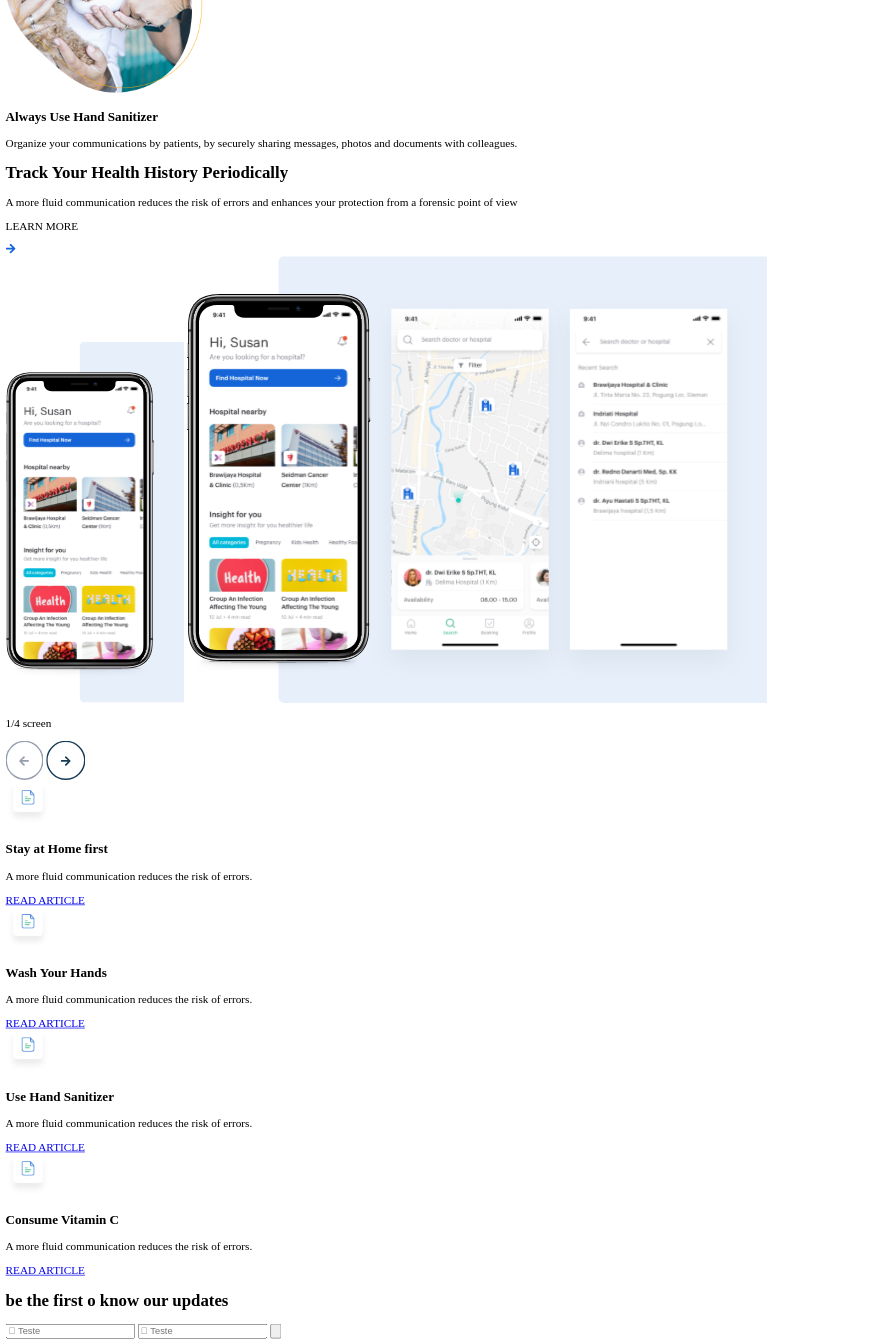
Repository: Esttevo/prova-html-css
Page: index.html
An editor plug-in stored every save of this project. The page is shown before and after a run of saves, followed by the edit.
The browser window is 1280 px wide. The pictures show the part of the page from y = 3453 to 5373 px (the page is 5373 px tall), at 70% of full size.
A picture or video elsewhere on the page could not be fetched, so the positions and the page height are approximate.

Above is the page before, as saved 2026-08-31 18:43:56.

### index.html
<!DOCTYPE html>
<html lang="en">
<head>
    <meta charset="UTF-8">
    <meta name="viewport" content="width=device-width, initial-scale=1.0">
    <title>Document</title>
    <link rel="stylesheet" href="https://cdnjs.cloudflare.com/ajax/libs/font-awesome/7.3.1/css/all.min.css" integrity="sha512-QeR2VH+lsBE5LSAe1Q5EnTBbe7XTBubt8dG93Y7gidSgdMCr8nVqKcfKAMyN96SV8KDbZVTDXChatu5G2KQGzg==" crossorigin="anonymous" referrerpolicy="no-referrer">
</head>
<body>
    <header>
        <img id="header-logo" src="img/icons/Logo.svg" alt="Logo escrita EHYA">

        <nav id="header-nav">
            <a class="no-chevron" href="#">Home</a>
            <a class="with-chevron" href="#">
                Landings
                <img src="img/icons/icon-chevron-down.svg" alt="indica que possui uma lista ao clicar">
            </a>
            <a class="with-chevron" href="#">
                Pages
                <img src="img/icons/icon-chevron-down.svg" alt="indica que possui uma lista ao clicar">
            </a>
            <a href="#">Docs</a>
            <a href="#">Help</a>
            <button>Get it now</button>
        </nav>

        <img src="img/icons/icon-menu-hamburger.svg" alt="Menu hamburger">
    </header>

    <main>
        <section id="section-hero">
            <div id="hero-text">
                <div class="estilization-bar"></div>

                <h4>
                    Changing the way you
                    go to healthcare
                </h4>

                <h1>
                    Primary Care
                    Designed for
                    Real Life
                </h1>

                <p>
                 Discuss patients,
                 share notes and documents
                 in a secure manner and be part
                 of a network of health professionals ready to
                 collaborate better.
                </p>

                <div id="subscribe">
                    <p id="email">
                        name@youremail.com
                    </p>

                    <button>
                        Subscribe
                    </button>
                </div>
            </div>
            <img src="img/image-hero.png" alt="4 medicos sorrindo e uma medica sobrepondo os 4">
        </section>

        <section id="section-connect">
            <div id="connect-tittle-subtittle">
                <h2>
                    Connect easily. Collaborate efficiently.
                </h2>

                 <p>
                    Rather than do things the
                    ypical way, we’ve created
                    a membership-based primary
                    care practice truly designed
                    around your needs.
                </p>
            </div>

           <img src="img/Dashboard.svg" alt="dashboard de exemplo de um sistema de agendamento">

           <div id="first-card-advantages">
                <h2>01</h2>
                <h3>For Doctor</h3>
                <p>
                    You get an in-house
                    team to guide and advocate
                    for you through questions
                </p>
           </div>

           <div id="second-card-advantages">
                <h2>02</h2>
                <h3>For Patient</h3>
                <p>
                    You get an in-house
                    team to guide and advocate
                    for you through questions
                </p>
           </div>

           <div id="third-card-advantages">
                <h2>03</h2>
                <h3>For Clinician</h3>
                <p>
                    You get an in-house
                    team to guide and advocate
                    for you through questions
                </p>
           </div>
        </section>

        <section id="section-protect">
            <h2>
                Protect yourself and your family first.
            </h2>

            <div id="protect-content-tips">
                <div class="content-tips-card">
                    <img src="img/icons/icon-house.svg" alt="Casa">

                    <h3>
                        Stay at Home first
                    </h3>

                    <p>
                        Our technology makes
                        it practically impossible
                        for any patient data breach to occur
                    </p>
                </div>

                <div class="content-tips-card">
                    <img src="img/icons/icon-hand.svg" alt="Lavando a mao">

                    <h3>
                        Wash Your Hands Periodically
                    </h3>

                    <p>
                        You can talk freely and confidently
                        about patients with other health professionals
                         treating them
                    </p>
                </div>

                <div class="content-tips-card">
                    <img src="img/icons/icon-remedy.svg" alt="pilula de remedio">

                    <h3>
                        Consume more Vitamin C
                    </h3>

                    <p>
                        A more fluid communication reduces
                        the risk of errors and enhances your
                        protection from a forensic point of view
                    </p>
                </div>

                <div class="content-tips-card">
                    <img src="img/icons/icon-medicament.svg" alt="Caixa de remedio">

                    <h3>
                        Always Use Hand Sanitizer
                    </h3>

                    <p>
                        Organize your communications
                        by patients, by securely sharing
                        messages, photos and documents
                        with colleagues.
                    </p>
                </div>
            </div>
        </section>

        <section id="section-modern">
            <h2>
                Modern clinics.
                Smart, hassle
                -free care.
            </h2>

            <div id="first-and-second-content">
                <div class="modern-content-img-text">
                    <img src="img/image-medic.svg" alt="equipamentos de medico">
                    <h3>
                        Consume more Vitamin C
                    </h3>

                    <p>
                        A more fluid communication reduces
                        the risk of errors and enhances your
                        protection from a forensic point of view
                    </p>
                </div>

                <div class="modern-content-img-text">
                    <img src="img/image-kid.png" alt="Criança caminhando de mão dada">
                    <h3>
                        Wash Your Hands Periodically
                    </h3>

                    <p>
                        You can talk freely and confidently
                        about patients with other health professionals
                         treating them
                    </p>
                </div>
            </div>

            <div id="third-and-fourth-content">
                <div class="modern-content-img-text">
                    <img src="img/image-dog.png" alt="cachorro tomando agua no colo">
                    <h3>
                        Always Use Hand Sanitizer
                    </h3>

                    <p>
                        Organize your communications
                        by patients, by securely sharing
                        messages, photos and documents
                        with colleagues.
                    </p>
                </div>
            </div>
        </section>

        <section id="section-health">
            <div class="health-content-text">
                <div class="estilization-bar"></div>

                <h2>
                     Track Your Health
                     History Periodically
                </h2>

                <p>
                 A more fluid communication reduces
                 the risk of errors and enhances your
                 protection from a forensic
                 point of view
                </p>

                <div id="learn-more">
                     <p>LEARN MORE</p>
                     <img src="img/icons/icon-arrow-right.svg" alt="seta para a direita, clique para ler mais">
                </div>
            </div>

           <img id="image-mobile" src="img/image-health-mobile.svg" alt="iphone em um site de localização de hospitais com mapa e busca">
            <img id="image-desktop" src="img/image-health-desktop.svg" alt="iphone em um site de localização de hospitais com mapa e busca">
           <div id="count-pages">
                <p>1/4 screen</p>

                <div id="img-arrow">
                    <img src="img/icons/icon-button-left.svg" alt="botão para tela da esquerda">
                    <img src="img/icons/icon-button-right.svg" alt="botão para tela da direita">
                </div>
           </div>
        </section>

        <section id="section-resources">
            <article class="selected-resources-card">
                <img src="img/icons/icon-docs.png" alt="simbolo de documento">

                <h3>Stay at Home first</h3>

                <p>
                    A more fluid communication
                    reduces the risk of errors.
                </p>

                <a href="#">
                    READ ARTICLE
                </a>
            </article>

            <article class="resources-card">
                <img src="img/icons/icon-docs.png" alt="simbolo de documento">

                <h3>
                    Wash Your Hands
                </h3>

                <p>
                    A more fluid communication
                    reduces the risk of errors.
                </p>

                <a href="#">
                    READ ARTICLE
                </a>
            </article>

            <article class="resources-card">
                <img src="img/icons/icon-docs.png" alt="simbolo de documento">

                <h3>Use Hand Sanitizer</h3>

                <p>
                    A more fluid communication
                    reduces the risk of errors.
                </p>

                <a href="#">
                    READ ARTICLE
                </a>
            </article>

            <article class="resources-card">
                <img src="img/icons/icon-docs.png" alt="simbolo de documento">

                <h3>Consume Vitamin C</h3>

                <p>
                    A more fluid communication
                    reduces the risk of errors.
                </p>

                <a href="#">
                    READ ARTICLE
                </a>
            </article>
        </section>

        <section id="section-updates">
            <h2>be the first o know our updates</h2>

            <form action="#">
                <input  type="text" id="name" name="name" placeholder="&#xF007; Teste">
                <input  type="text" id="name" name="name" placeholder="&#xF007; Teste">
                <input type="submit" value=""
            </form>
        </section>
    </main>
</body>
</html>

After the next 2 saves:
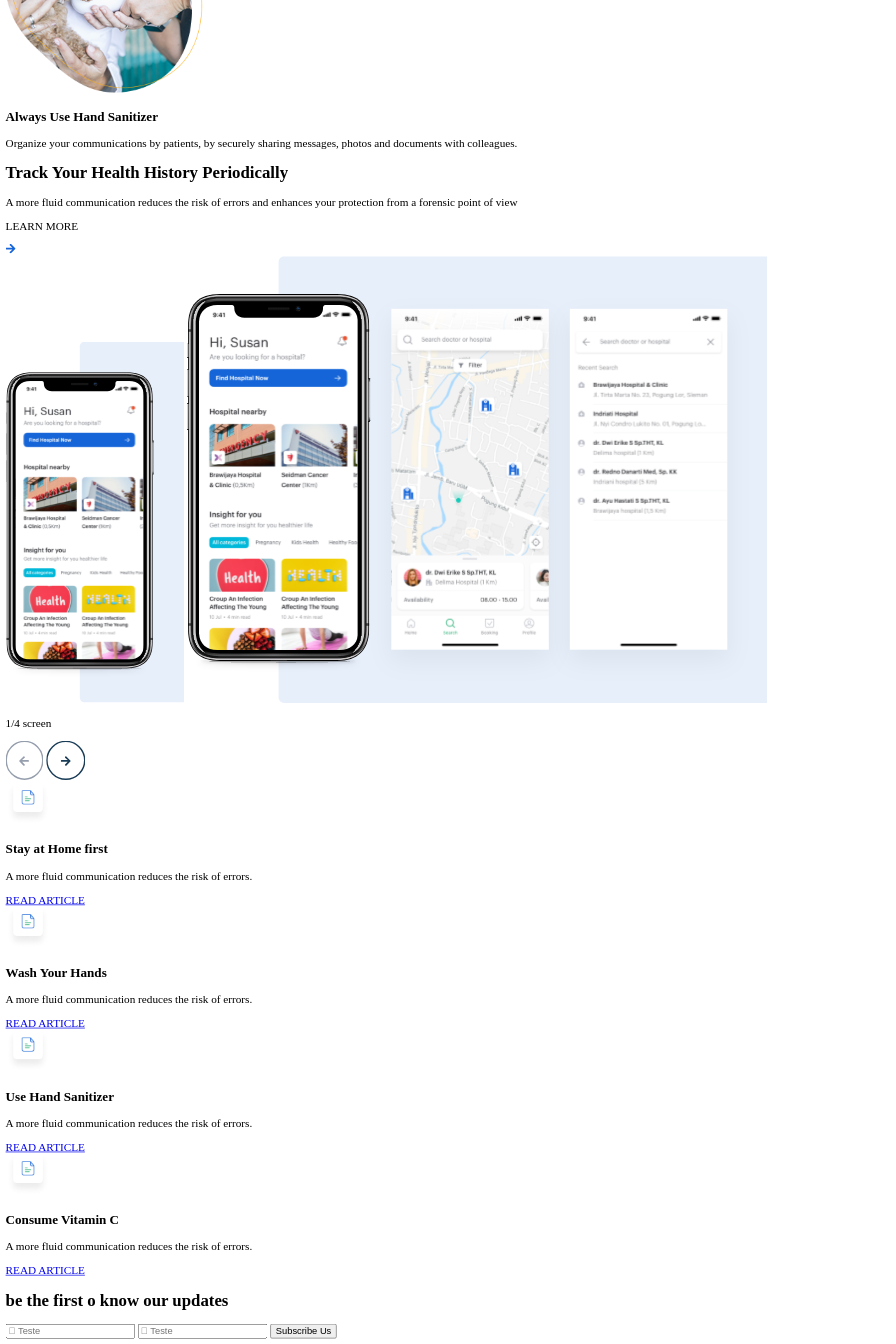
The 2 saves are shown as one change because they came seconds apart.
The last was saved 6 s later.
--- a/index.html
+++ b/index.html
@@ -334,7 +334,7 @@
             <form action="#">
                 <input  type="text" id="name" name="name" placeholder="&#xF007; Teste">
                 <input  type="text" id="name" name="name" placeholder="&#xF007; Teste">
-                <input type="submit" value=""
+                <input type="submit" value="Subscribe Us">
             </form>
         </section>
     </main>
